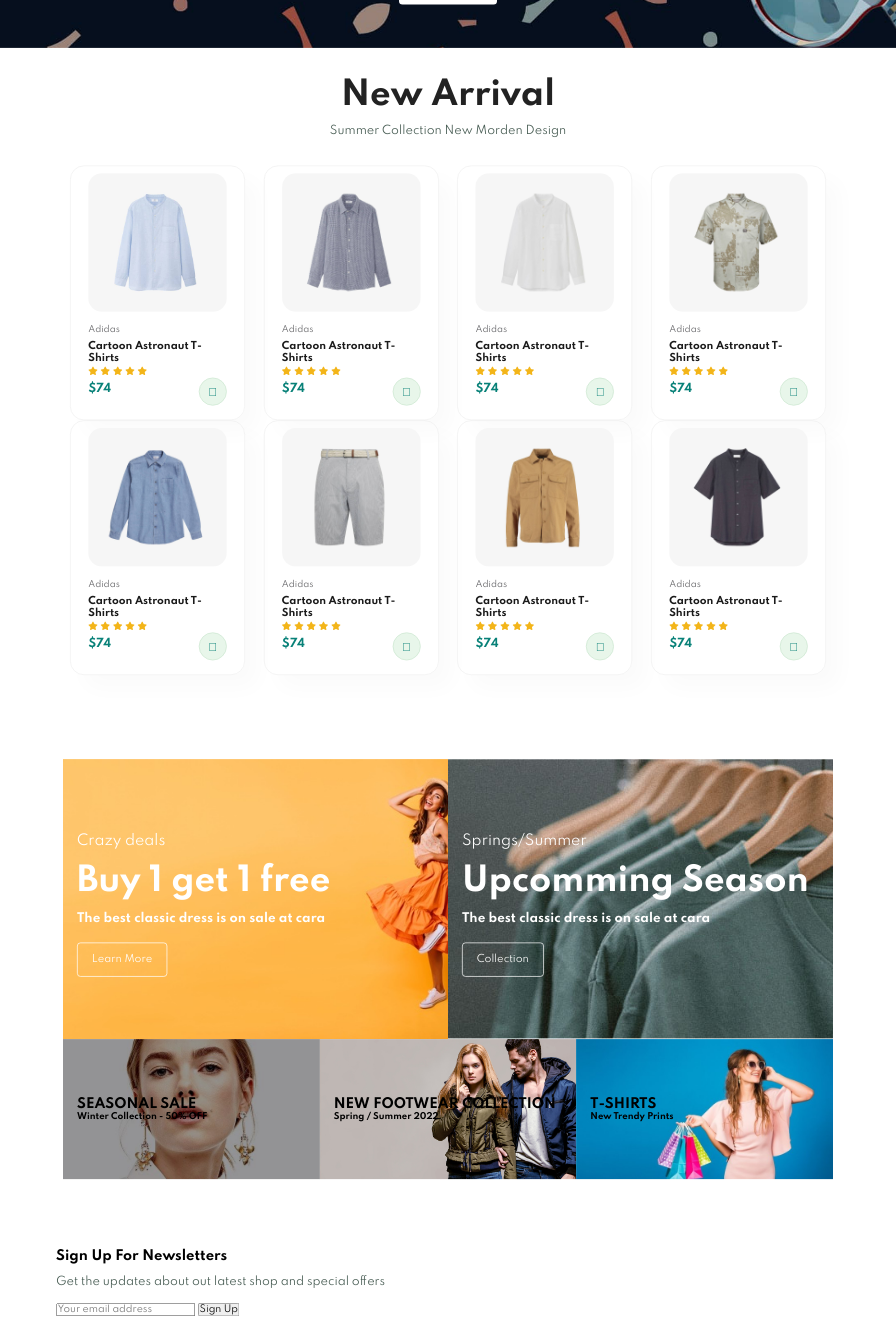
Repository: Daryllgio/E-Commerce-Website-UI
Page: index.html
An editor plug-in stored every save of this project. The page is shown before and after the next save, followed by the edit.
The browser window is 1280 px wide. The pictures show the part of the page from y = 2209 to 4129 px (the page is 4129 px tall before and 4089 px after), at 70% of full size.
Some web libraries are served in a nearby version.

Above is the page before, as saved 2024-12-31 23:33:47.

After the next save:
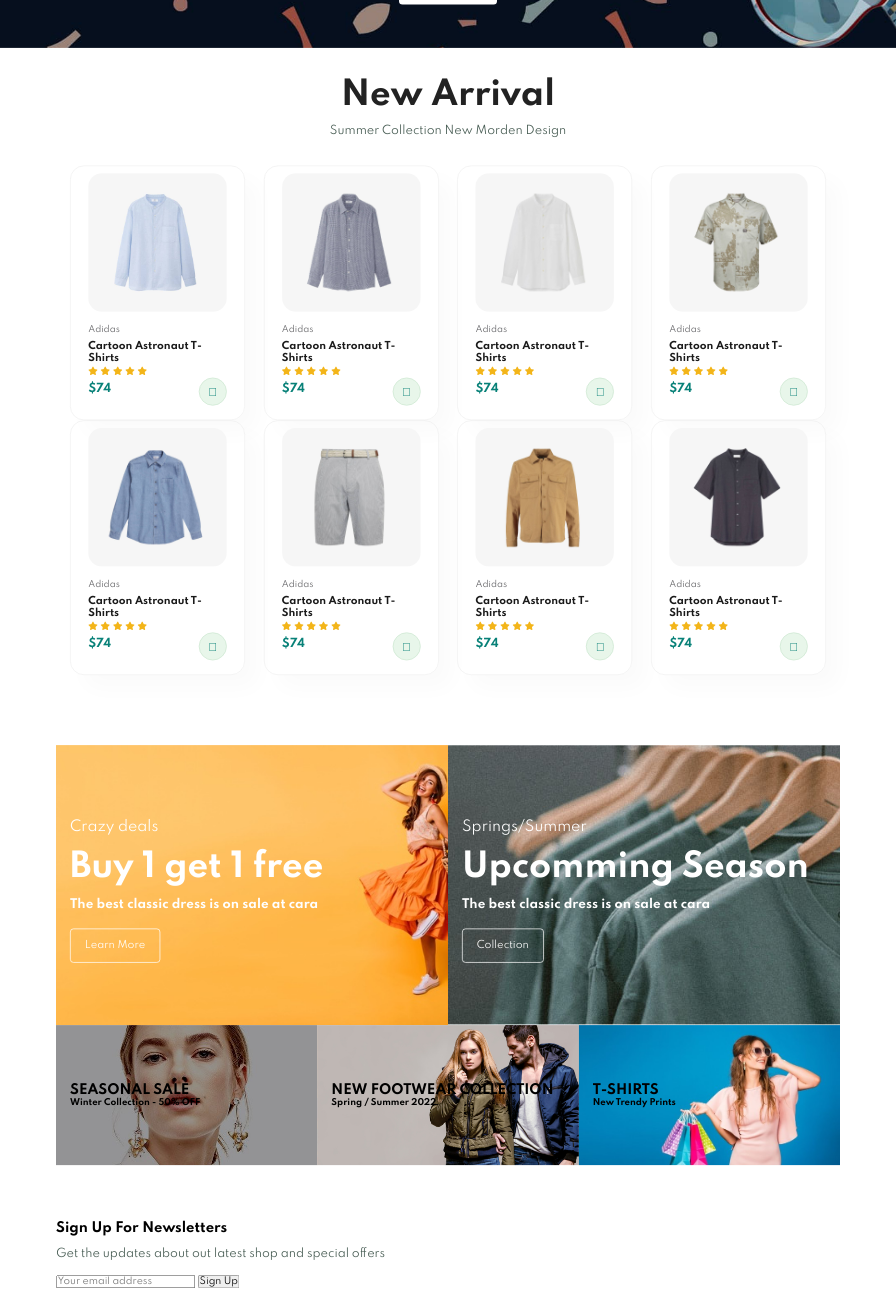
Saved 12 s later.
--- a/style.css
+++ b/style.css
@@ -308,7 +308,6 @@ body {
 #sm-banner .banner-MainContainer {
   display: flex;
   justify-content: space-between;
-  padding: 20px 10px;
   flex-direction: column;
 }
 
